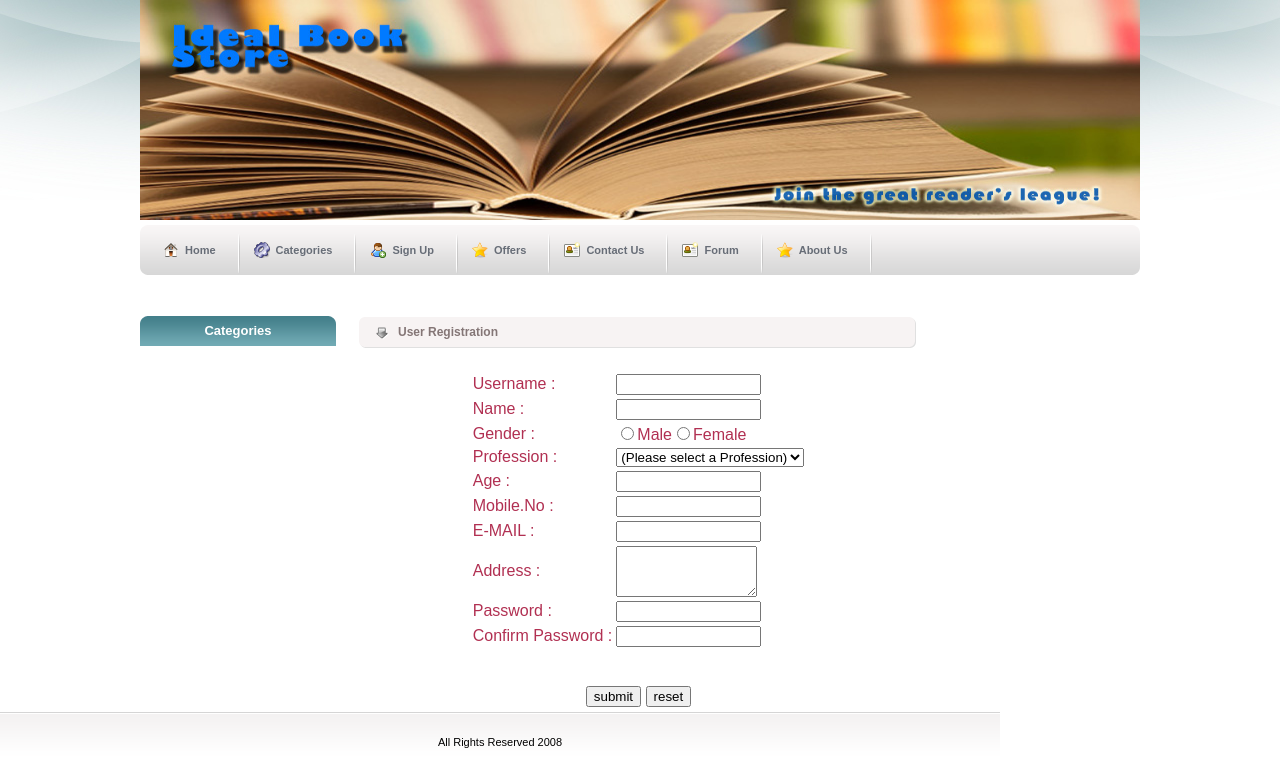
Repository: tusharjain887/Online-Book-Sales
Page: http://localhost/OnlineBook/registration.jsp
These files come from the project's save history. The page is drawn as it stood at one moment and after the next save; the edit follows.
The browser window is 1280 px wide. The pictures show the whole page.
The page is served by Tomcat 9. Queries for data that is not in the repository find no rows.

Above is the page before, as saved 2013-04-09 12:31:35.

After the next save:
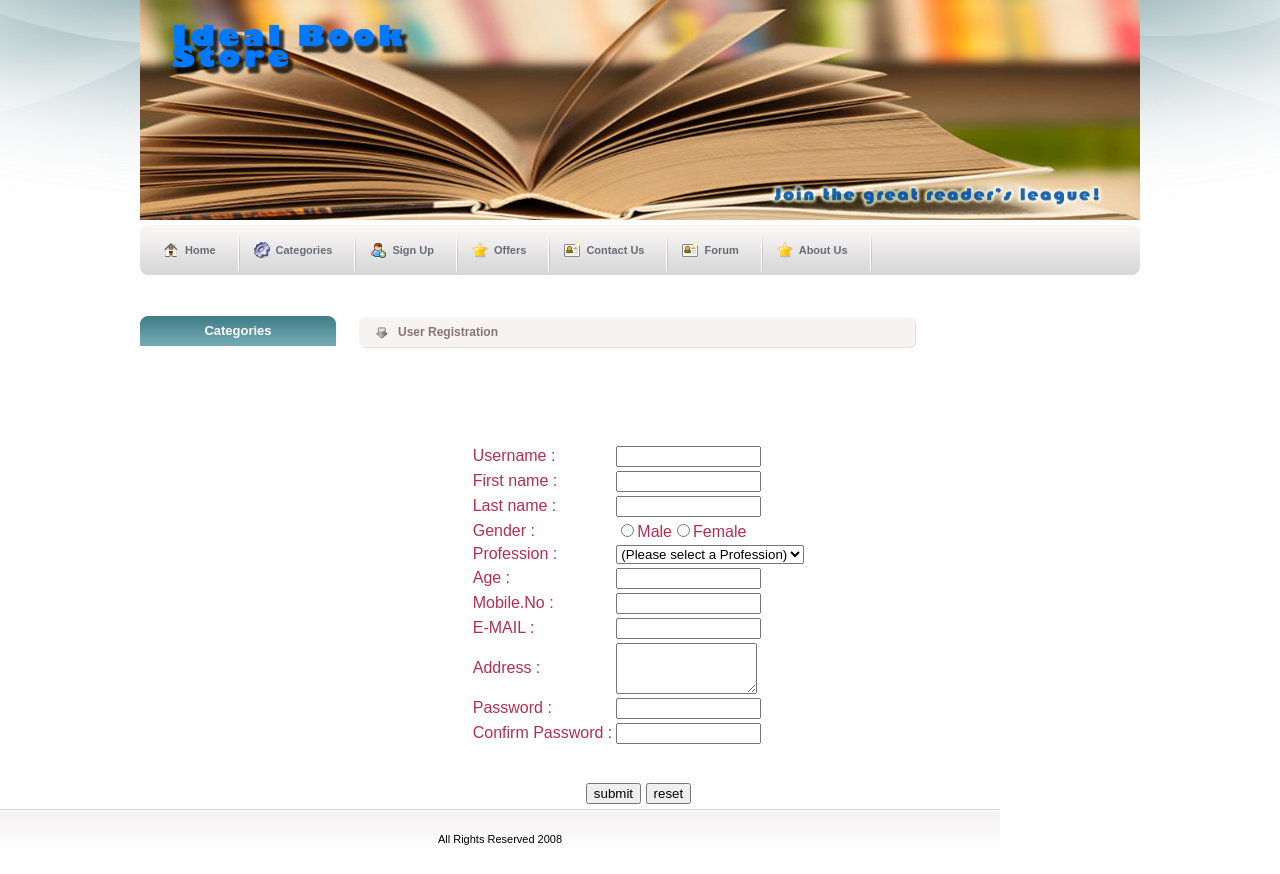
Saved 106 s later.
--- a/PROJECT/workspace/workspace/OnlineBook/WebContent/registration.jsp
+++ b/PROJECT/workspace/workspace/OnlineBook/WebContent/registration.jsp
@@ -256,15 +256,19 @@ return true;
 <tr>
 <td style="margin-bottom: 5px;">Username        : </td>
 <td style="margin-bottom: 5px;"><input type=text name="username" size=15></td>
-</tr>
-<tr>
-<td style="margin-bottom: 5px;">Name         : </td>
+</tr><br>
+<tr>
+<td style="margin-bottom: 5px;">First name         : </td>
 <td style="margin-bottom: 5px;"><input type=text name="name" size=15></td>
-</tr>
+</tr><br>
+<tr>
+<td style="margin-bottom: 5px;">Last name        : </td>
+<td style="margin-bottom: 5px;"><input type=text name="lname" size=15></td>
+</tr><br>
 <tr>
 <td style="margin-bottom: 5px;">Gender               :</td>
 <td style="margin-bottom: 5px;"><input type="radio" name="gender" value="male" /><span>Male</span><input type="radio" name="gender" value="female" /><span>Female</span></td>
-</tr>
+</tr><br>
 <tr>
 <td style="margin-bottom: 5px;">Profession        : </td>
 <td style="margin-bottom: 5px;"><select name="pro">
